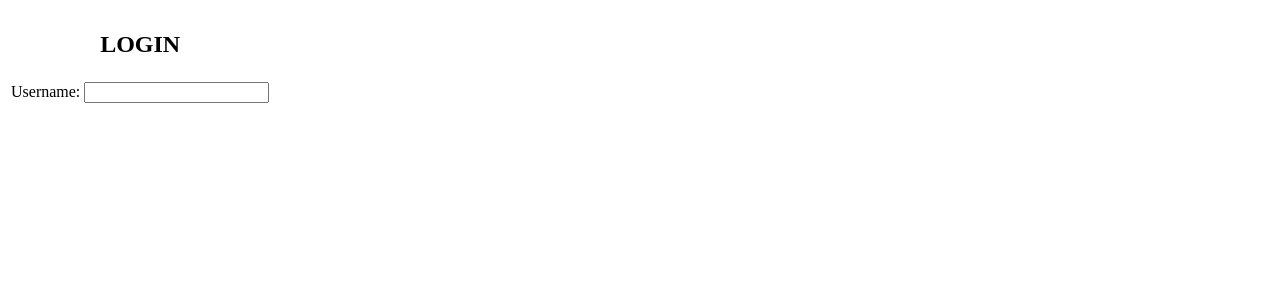
Repository: FatCat0712/JSP
Page: http://localhost/bai_21/login.jsp
An editor plug-in stored every save of this project. The page is shown before and after the next save, followed by the edit.
The browser window is 1280 px wide. The pictures show the whole page.
The page is served by Tomcat 9.

Above is the page before, as saved 2024-04-23 00:56:36.

### bai_21/src/main/webapp/login.jsp
<%@ page language="java" contentType="text/html; charset=UTF-8"
    pageEncoding="UTF-8"%>
<!DOCTYPE html>
<html>
<head>
<meta charset="UTF-8">
<title>Insert title here</title>
</head>
<body>
	<table>
		<tr>
			<td colspan="2" style="text-align: center;">
				<h2>LOGIN</h2>
			</td>
		</tr>
		<tr>
			<td>Username: </td>
			<td>
				<input type="text" name="username"/>
			</td>
		</tr>
	</table>
</body>
</html>

After the next save:
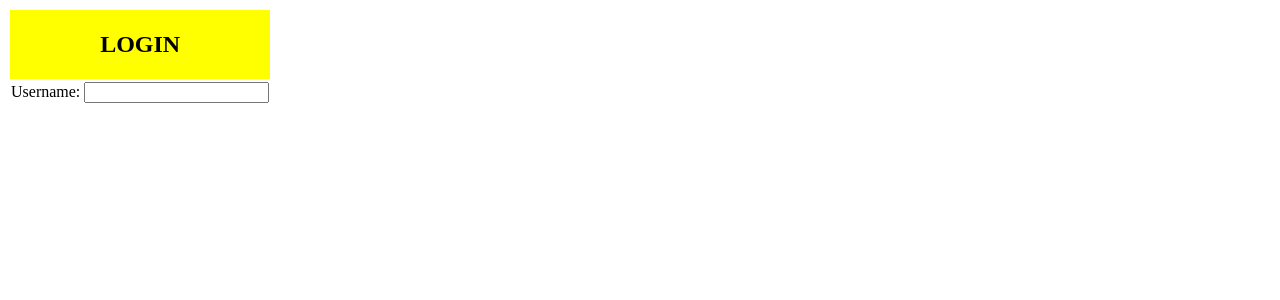
Saved 14 s later.
--- a/bai_21/src/main/webapp/login.jsp
+++ b/bai_21/src/main/webapp/login.jsp
@@ -9,7 +9,7 @@
 <body>
 	<table>
 		<tr>
-			<td colspan="2" style="text-align: center;">
+			<td colspan="2" style="text-align: center; background-color: yellow;">
 				<h2>LOGIN</h2>
 			</td>
 		</tr>
